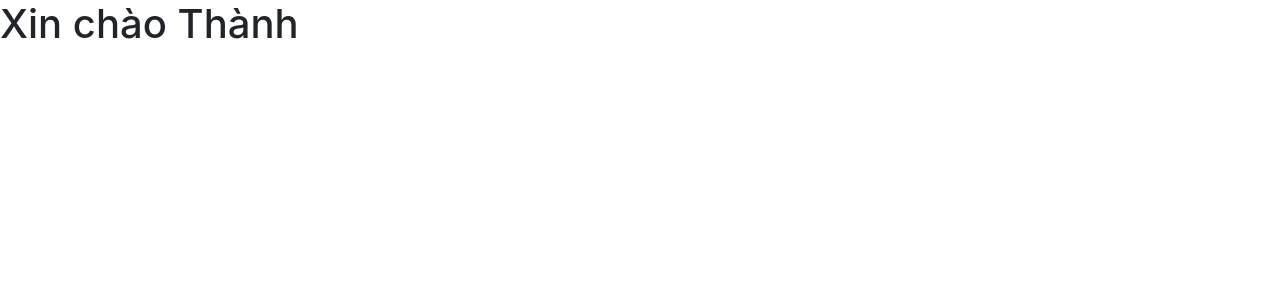
Repository: anhthanh96vp/pre-learner
Page: Vuejs/component/5-component.html
These files come from the project's save history. The page is drawn as it stood at one moment and after the next save; the edit follows.
The browser window is 1280 px wide. The pictures show the whole page.
Some web libraries are served in a nearby version.

Above is the page before, as saved 2018-05-24 14:21:09.

### Vuejs/component/5-component.html
<!DOCTYPE html>
<html lang="en">
<head>
    <meta charset="UTF-8">
    <meta name="viewport" content="width=device-width, initial-scale=1.0">
    <meta http-equiv="X-UA-Compatible" content="ie=edge">
    <title>Document</title>
    <link rel="stylesheet" href="https://maxcdn.bootstrapcdn.com/bootstrap/4.0.0/css/bootstrap.min.css">
</head>
<body>
    <template id="hello-template">
        <div>
            <h1>{{message}} {{userName}}</h1>
        </div>
    </template>
    <template id="form-template">
        <div>
            <input type="text" v-model="userName">
        </div>
    </template>

    <template id="all-template">
        <hello-component :user-name="userName"></hello-component>
        <form-component :user-name="userName"></form-component>
    </template>




    <div id="app">
            <all-component></hello-component>

    </div>







        <script src="https://unpkg.com/vue@2.5.16/dist/vue.js"></script>
        <script type="text/javascript">
            Vue.component('hello-component',{
                template: '#hello-template',
                data: function(){
                    return {
                        message: 'Xin chào'
                    }
                },
                props: ['userName']

            })
            Vue.component('form-component',{
                template: '#form-template',
                props: ['userName']
            })
            Vue.component('all-component',{
                template: '#all-template',
                data: function(){
                    return {
                        userName: 'Thành'
                    }
                }

            })
            new Vue ({
                el: '#app'
            })
        </script>
</body>
</html>

After the next save:
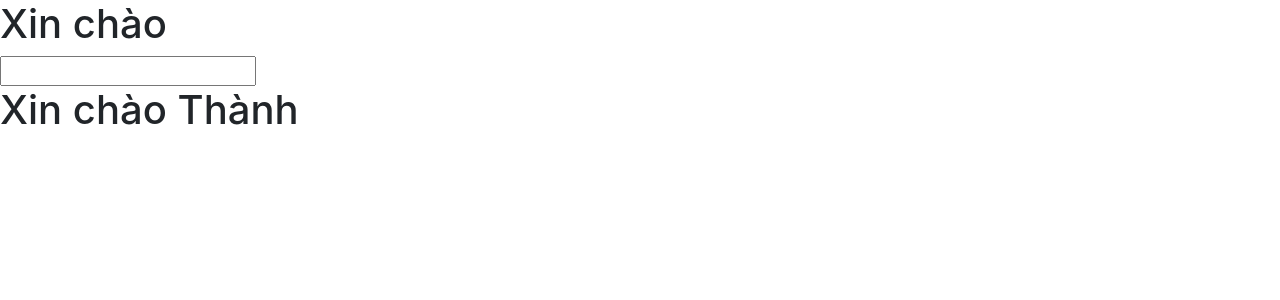
Saved 2 min 9 s later.
--- a/Vuejs/component/5-component.html
+++ b/Vuejs/component/5-component.html
@@ -28,7 +28,11 @@
 
 
     <div id="app">
-            <all-component></hello-component>
+
+
+           <hello-component></hello-component>
+           <form-component></form-component>
+            <all-component></all-component>
 
     </div>
 
